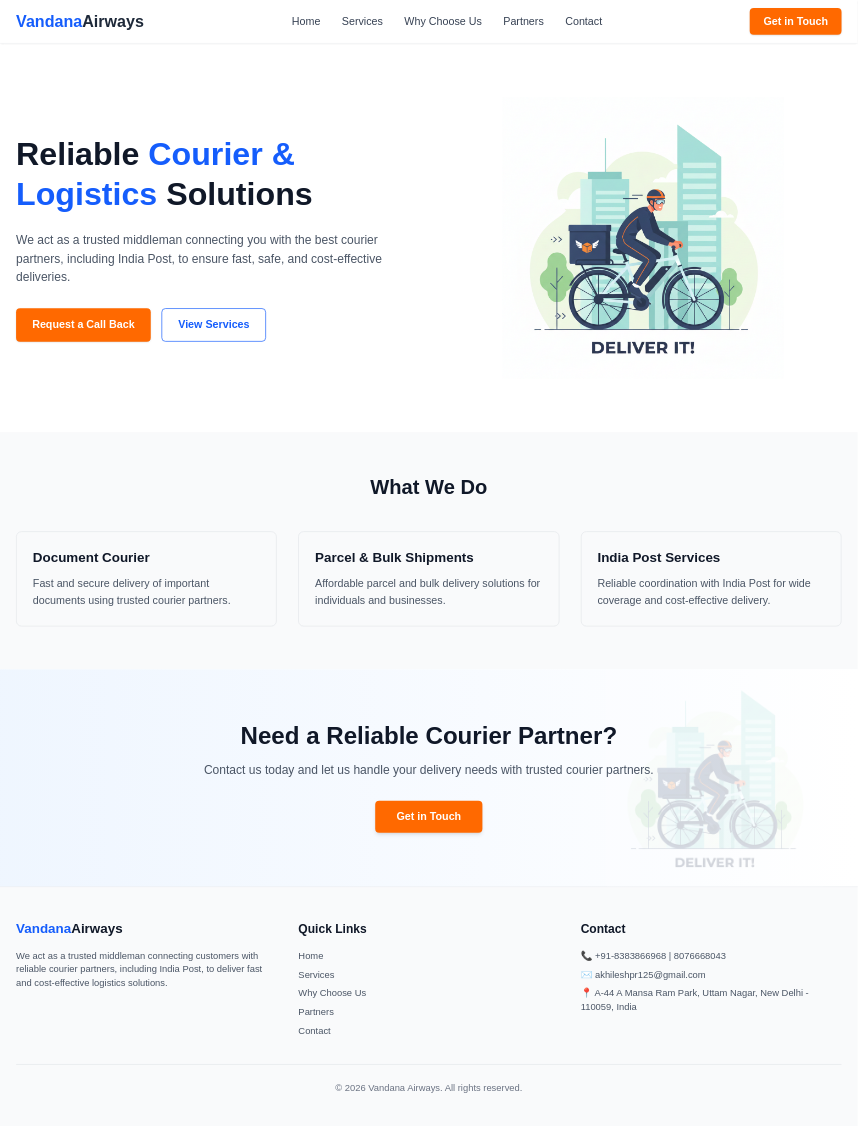
Repository: Rohit-foryou/Courier-Portfolio
Page: /
The author's editor kept a copy of each file at every save. The page is drawn from the files as they stood at one save, then again after the next save.
The browser window is 1280 px wide. The pictures show the whole page, at 67% of full size.
The project was rebuilt for these pictures with package versions that can differ from the ones it lists, and the page was loaded fresh each time. The framework's server and built-in components were replaced by stand-ins that run in the browser. Also part of the build but not shown: next.config.ts.

Above is the page before, as saved 2026-02-09 22:04:23.

After the next save:
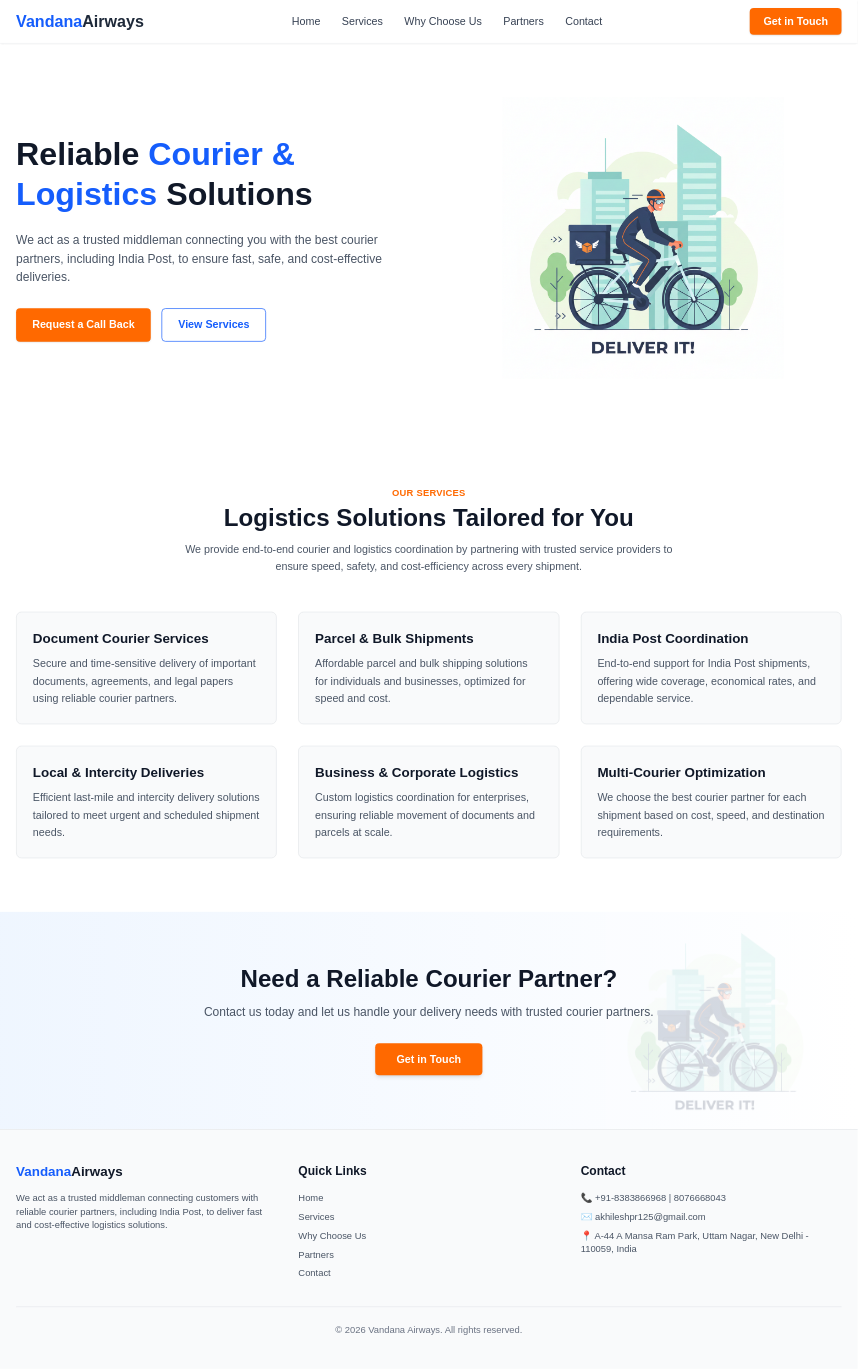
Saved 3 s later.
--- a/components/ServiceOverview.tsx
+++ b/components/ServiceOverview.tsx
@@ -2,24 +2,49 @@
 
 export default function ServiceOverview() {
   return (
-    <section className="bg-gray-50 py-16">
+    <section className="bg-white py-20">
       <div className="max-w-7xl mx-auto px-6">
-        <h2 className="text-3xl font-bold text-center text-gray-900">
-          What We Do
-        </h2>
 
-        <div className="mt-12 grid grid-cols-1 md:grid-cols-3 gap-8">
+        {/* Section Header */}
+        <div className="text-center max-w-3xl mx-auto">
+          <p className="text-sm font-semibold text-orange-500 uppercase tracking-wide">
+            Our Services
+          </p>
+          <h2 className="mt-2 text-3xl md:text-4xl font-bold text-gray-900">
+            Logistics Solutions Tailored for You
+          </h2>
+          <p className="mt-4 text-gray-600">
+            We provide end-to-end courier and logistics coordination by partnering
+            with trusted service providers to ensure speed, safety, and
+            cost-efficiency across every shipment.
+          </p>
+        </div>
+
+        {/* Services Grid */}
+        <div className="mt-14 grid grid-cols-1 md:grid-cols-2 lg:grid-cols-3 gap-8">
           <ServiceCard
-            title="Document Courier"
-            description="Fast and secure delivery of important documents using trusted courier partners."
+            title="Document Courier Services"
+            description="Secure and time-sensitive delivery of important documents, agreements, and legal papers using reliable courier partners."
           />
           <ServiceCard
             title="Parcel & Bulk Shipments"
-            description="Affordable parcel and bulk delivery solutions for individuals and businesses."
+            description="Affordable parcel and bulk shipping solutions for individuals and businesses, optimized for speed and cost."
           />
           <ServiceCard
-            title="India Post Services"
-            description="Reliable coordination with India Post for wide coverage and cost-effective delivery."
+            title="India Post Coordination"
+            description="End-to-end support for India Post shipments, offering wide coverage, economical rates, and dependable service."
+          />
+          <ServiceCard
+            title="Local & Intercity Deliveries"
+            description="Efficient last-mile and intercity delivery solutions tailored to meet urgent and scheduled shipment needs."
+          />
+          <ServiceCard
+            title="Business & Corporate Logistics"
+            description="Custom logistics coordination for enterprises, ensuring reliable movement of documents and parcels at scale."
+          />
+          <ServiceCard
+            title="Multi-Courier Optimization"
+            description="We choose the best courier partner for each shipment based on cost, speed, and destination requirements."
           />
         </div>
       </div>
